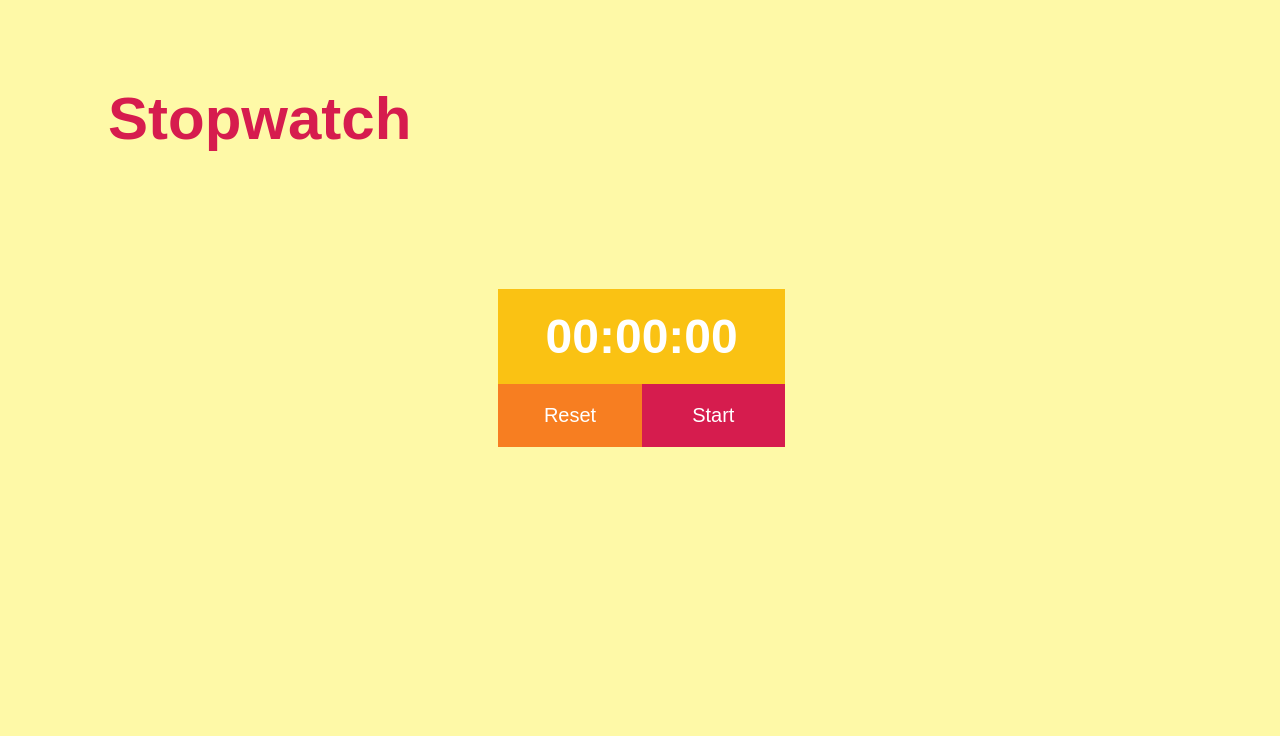
Repository: pilar122/stopwatch
Page: index.html
These files come from the project's save history. The page is drawn as it stood at one moment and after the next save; the edit follows.
The browser window is 1280 px wide. The pictures show the whole page.

Above is the page before, as saved 2022-06-19 13:10:22.

After the next save:
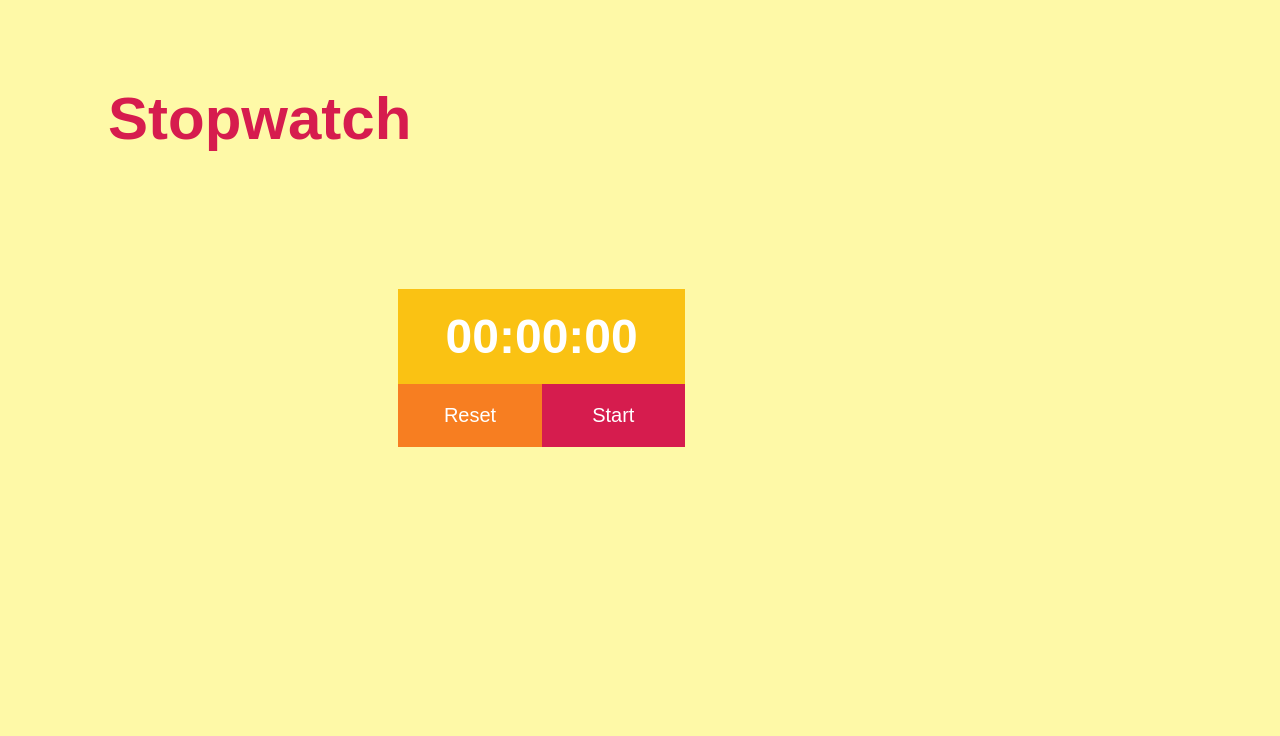
Saved 6 s later.
--- a/stopwatch.css
+++ b/stopwatch.css
@@ -57,7 +57,7 @@
     color: #D61C4E;
     font-size: 30px;
     margin-top: -500px;
-    margin-right: -500px;
+    margin-right: -700px;
   }
 
   /* HEADER */
